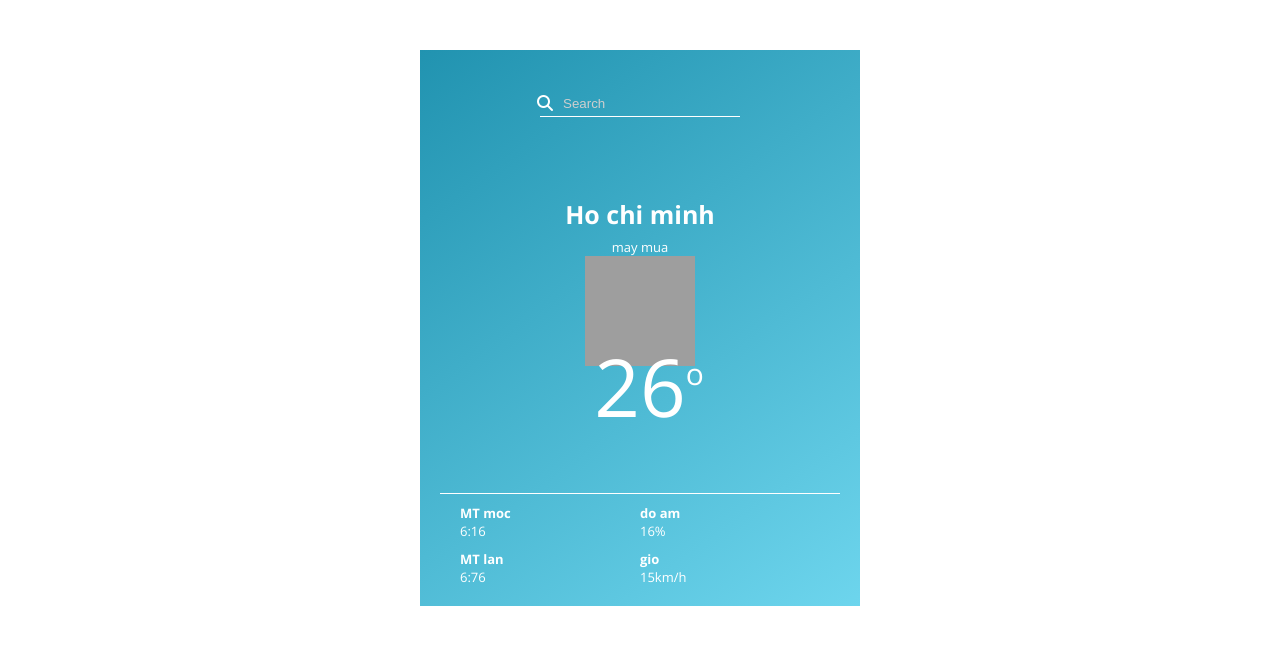
Repository: tienbkvn0605/weatherApp
Page: index.html
An editor plug-in stored every save of this project. The page is shown before and after the next save, followed by the edit.
The browser window is 1280 px wide. The pictures show the whole page.
Pictures or frames that could not be fetched are drawn as grey boxes.

Above is the page before, as saved 2022-10-07 18:28:08.

After the next save:
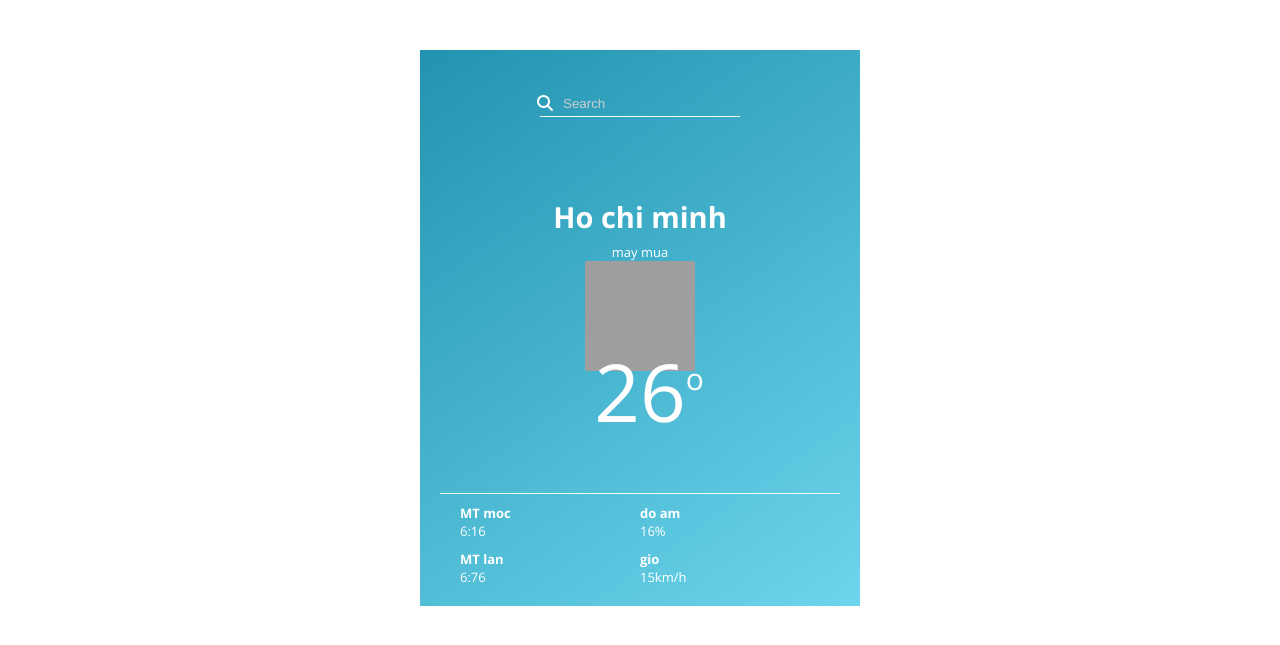
Saved 10 s later.
--- a/appstyle.css
+++ b/appstyle.css
@@ -47,7 +47,7 @@ body {
   padding: 80px 50px;
 }
 .city-name {
-  font-size: 25px;
+  font-size: 29px;
   margin-bottom: 7px;
   font-weight: 600;
 }
